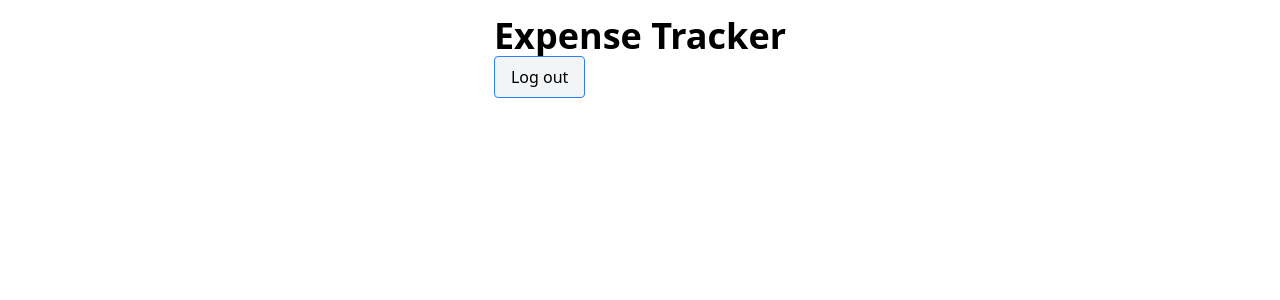
Repository: Syed-Mohsin-Ali786/frontend-expense-tracker
Page: /signup
These files come from the project's save history. The page is drawn as it stood at one moment and after the next save; the edit follows.
The browser window is 1280 px wide. The pictures show the whole page.
The project was rebuilt for these pictures with package versions that can differ from the ones it lists, and the page was loaded fresh each time.

Above is the page before, as saved 2025-09-28 13:47:58.

### src/App.tsx

import './App.css'

function App() {


  return (
    <div className='flex justify-center flex-col items-center mt-4'>
      <header>
     <h1 className='text-4xl font-semibold'>Expense Tracker</h1>
     <button className='bg-gray-100 border border-blue-500 py-2 px-4 rounded'>Log out</button>
      </header>

    </div>
  )
}

export default App

Loaded but not shown: index.html (common file); src/main.tsx (common file); src/App.css (common file)

After the next save:
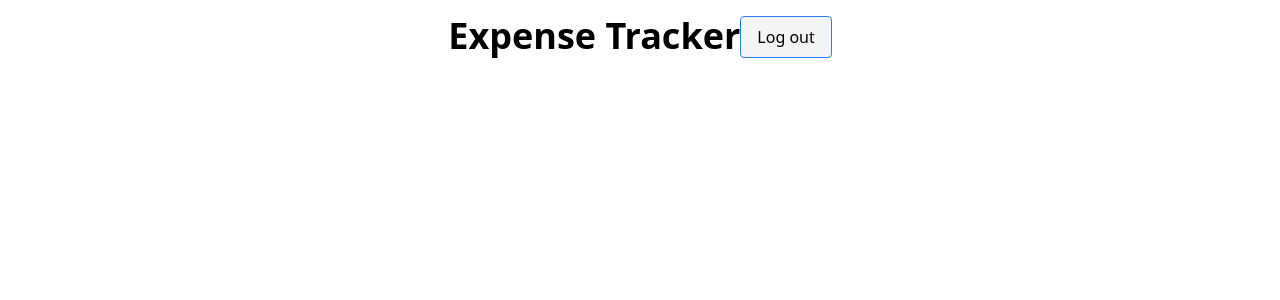
Saved 13 s later.
--- a/src/App.tsx
+++ b/src/App.tsx
@@ -6,7 +6,7 @@ function App() {
 
   return (
     <div className='flex justify-center flex-col items-center mt-4'>
-      <header>
+      <header className='flex'>
      <h1 className='text-4xl font-semibold'>Expense Tracker</h1>
      <button className='bg-gray-100 border border-blue-500 py-2 px-4 rounded'>Log out</button>
       </header>
